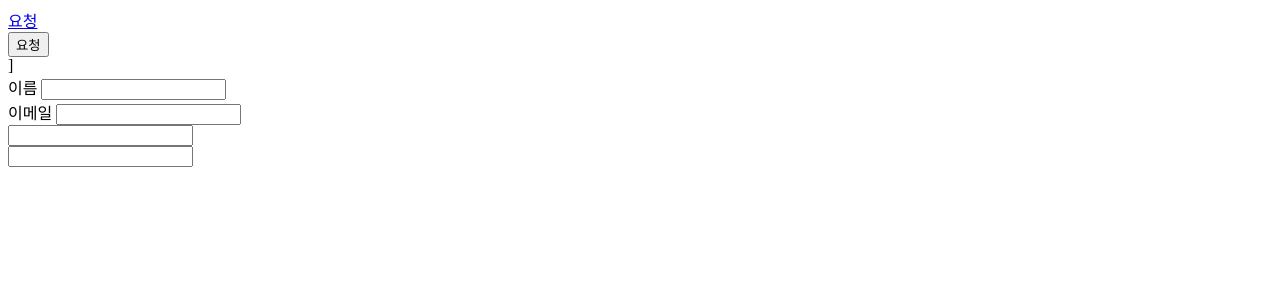
Repository: Audrey-1120/jspstudy
Page: 01_servlet/src/main/webapp/pkg02_request/NewFile.html
The author's editor kept a copy of each file at every save. The page is drawn from the files as they stood at one save, then again after the next save.
The browser window is 1280 px wide. The pictures show the whole page.

Above is the page before, as saved 2024-02-28 01:28:19.

### 01_servlet/src/main/webapp/pkg02_request/NewFile.html
<!DOCTYPE html>
<html>
<head>
<meta charset="UTF-8">
<title>Insert title here</title>
<script src="https://code.jquery.com/jquery-3.7.1.min.js" integrity="sha256-/JqT3SQfawRcv/BIHPThkBvs0OEvtFFmqPF/lYI/Cxo=" crossorigin="anonymous"></script>
</head>
<body>

  <!-- <a> 태그 요청 -->
  <div>
    <a id="link" data-number="10" data-number2="1.5">요청</a>
  </div>

  <script>
    var link = document.getElementById('link');
    link.href = '/servlet/request?number=' + link.dataset.number + '&number2=' + link.dataset.number2 ;
  </script>

  <!-- JavaScript : location 객체 요청 -->
  <div data-number="10">
    <button type="button" id="btn" data-number2="1.5">요청</button>
  </div>
  <script>

    // jQuery 이용하기
    let btn = $('#btn');
    btn.on('click', (evt) => {
      let number = $(evt.target).parent().data('number');
      let number2 = $(evt.target).data('number2');
      location.href = `/servlet/request?number=${number}&number2=${number2}`;
    })

  </script>

  <!-- <form> 태그 요청 -->]
  <form id="frm" method="post" action="/servlet/request">
    <div class="inp-wrap">
      <label for="name">이름</label>
      <input type="text" name="name" id="name">
      <!-- 여기서 파라미터 이름은 name 속성에 적혀있는 것. -->
    <div>
    <div class="inp-wrap">
      <label for="email">이메일</label>
      <input type="email" name="email" id="email">
    </div>
    <div class="inp-wrap">
      <label for=""></label>
      <input type="" name="" id="">
    </div>
    <div class="inp-wrap">
      <label for=""></label>
      <input type="" name="" id="">
    </div>
  </form>


</body>
</html>

After the next save:
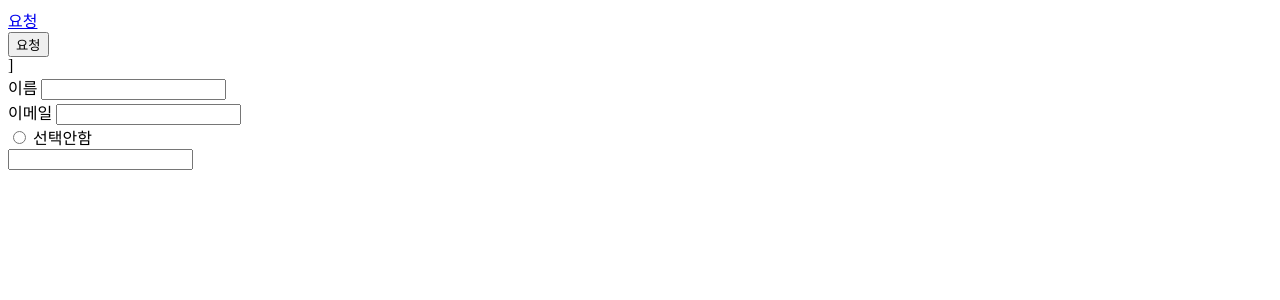
Saved 2 min 22 s later.
--- a/01_servlet/src/main/webapp/pkg02_request/NewFile.html
+++ b/01_servlet/src/main/webapp/pkg02_request/NewFile.html
@@ -39,14 +39,15 @@
       <label for="name">이름</label>
       <input type="text" name="name" id="name">
       <!-- 여기서 파라미터 이름은 name 속성에 적혀있는 것. -->
+      <!-- id는 프론트에서, name은 백에서 사용하려는 식별자임. -->
     <div>
     <div class="inp-wrap">
       <label for="email">이메일</label>
       <input type="email" name="email" id="email">
     </div>
     <div class="inp-wrap">
-      <label for=""></label>
-      <input type="" name="" id="">
+      <input type="radio" name="gender" id="no">
+      <label for="none">선택안함</label>
     </div>
     <div class="inp-wrap">
       <label for=""></label>
